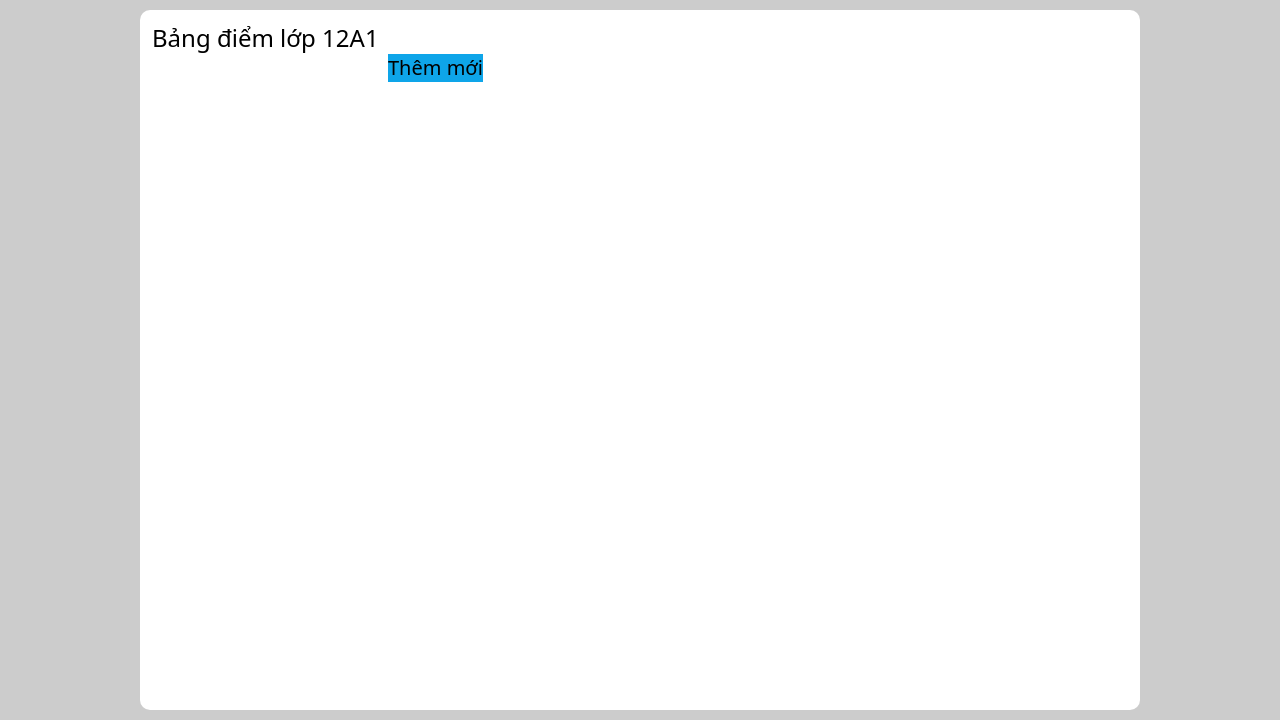
Repository: doducthuan/ReactJS-Movie
Page: /
An editor plug-in stored every save of this project. The page is shown before and after the next save, followed by the edit.
The browser window is 1280 px wide. The pictures show the whole page.
The project was rebuilt for these pictures with package versions that can differ from the ones it lists, and the page was loaded fresh each time. Also part of the build but not shown: src/App.css.

Above is the page before, as saved 2024-01-13 05:47:44.

After the next save:
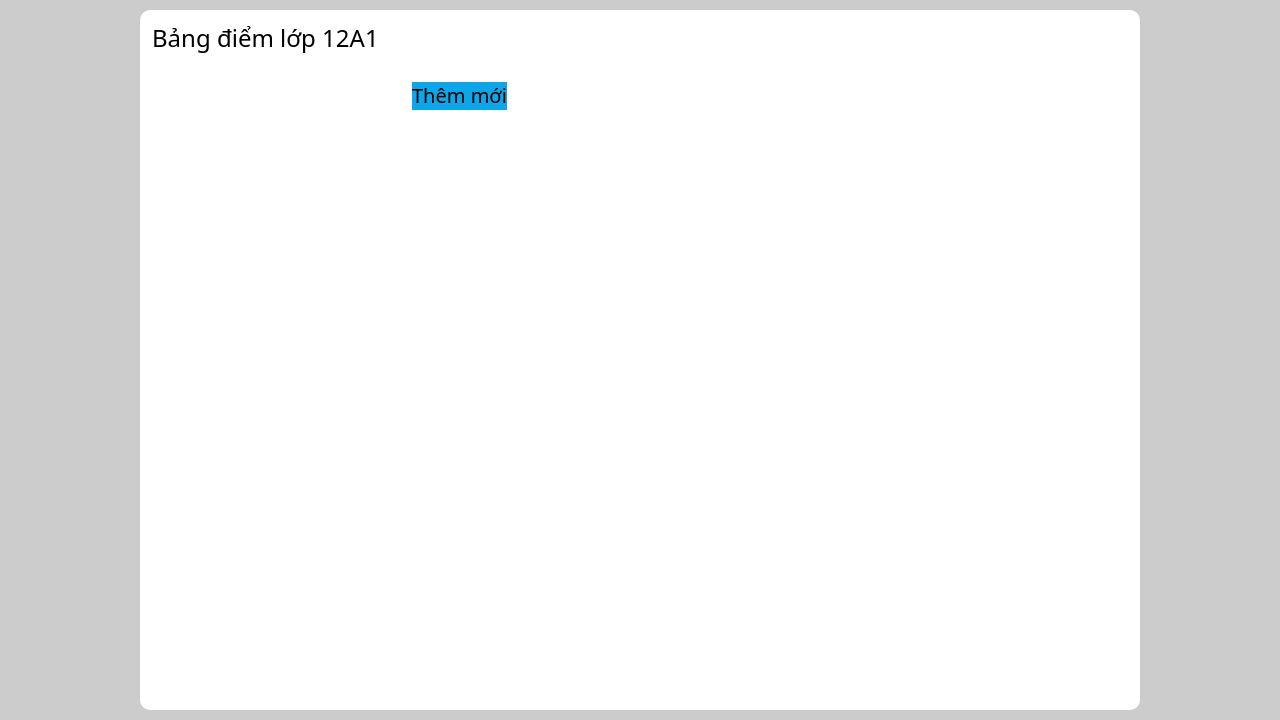
Saved 54 s later.
--- a/src/components/students/Students.js
+++ b/src/components/students/Students.js
@@ -5,7 +5,7 @@ const Students = () => {
         <div className="full-view">
             <div className="border-data">
                 <p className="font-sans text-2xl ml-3 mt-3">Bảng điểm lớp 12A1</p>
-                <div>
+                <div className="mt-7 ml-6">
                     <input className="search-all"/>
                     <button className="font-sans text-xl bg-sky-500">Thêm mới</button>
                 </div>
